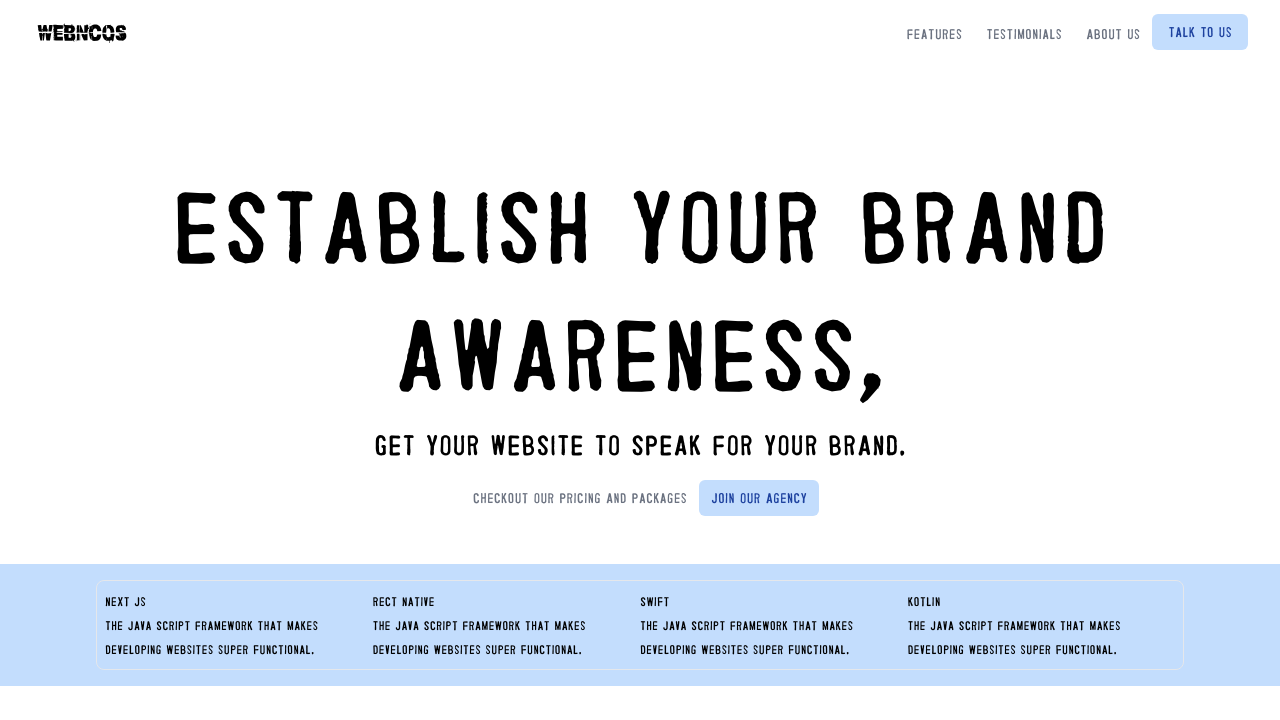
Repository: 1realjulius/webncos
Page: /
The author's editor kept a copy of each file at every save. The page is drawn from the files as they stood at one save, then again after the next save.
The browser window is 1280 px wide. The pictures show the whole page.
The project was rebuilt for these pictures with package versions that can differ from the ones it lists, and the page was loaded fresh each time. The framework's server and built-in components were replaced by stand-ins that run in the browser. Also part of the build but not shown: next.config.js.

Above is the page before, as saved 2022-09-02 06:29:37.

After the next save:
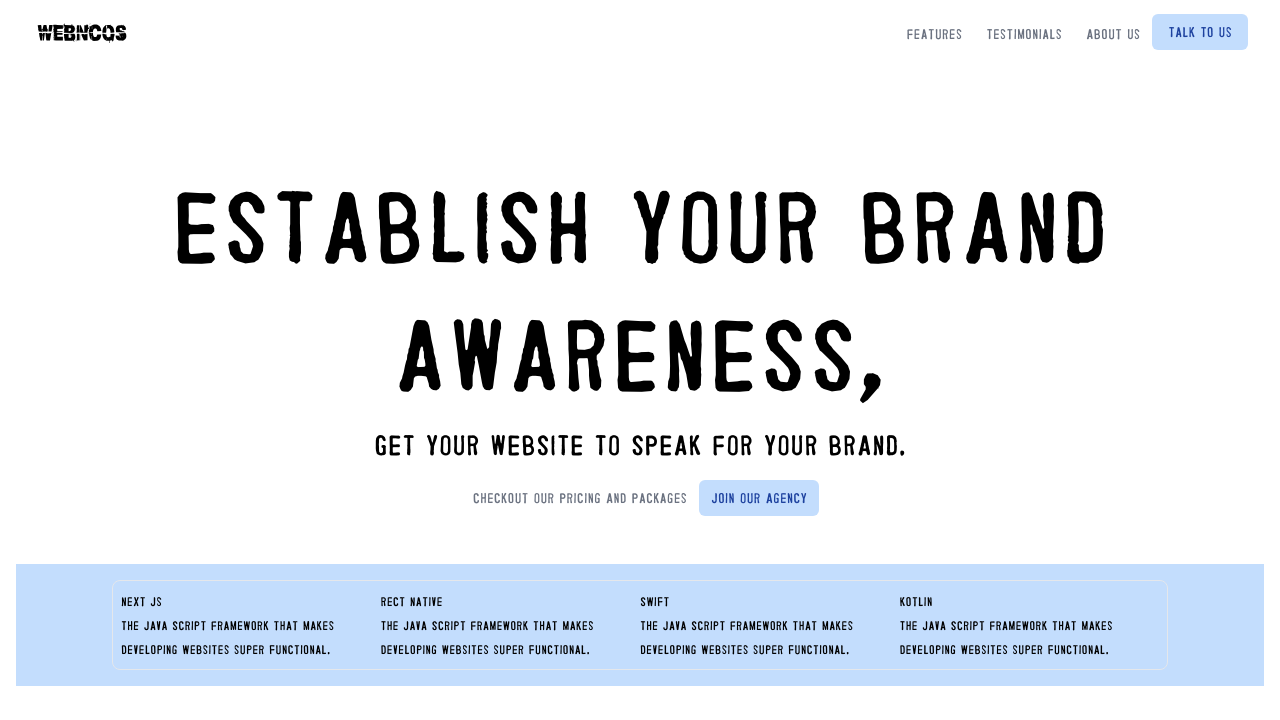
Saved 67 s later.
--- a/components/MainHome.tsx
+++ b/components/MainHome.tsx
@@ -37,7 +37,7 @@ const MainHome = () => {
         </div>
       </div>
       {/* trusted by brands */}
-      <div className="bg-blue-200 p-4 px-24">
+      <div className="bg-blue-200 p-4 mx-4 md:px-24">
         <div className="flex flex-row border borer-gray-300 rounded-lg p-2">
           <div>
             <div>Next Js</div>

After the save that followed:
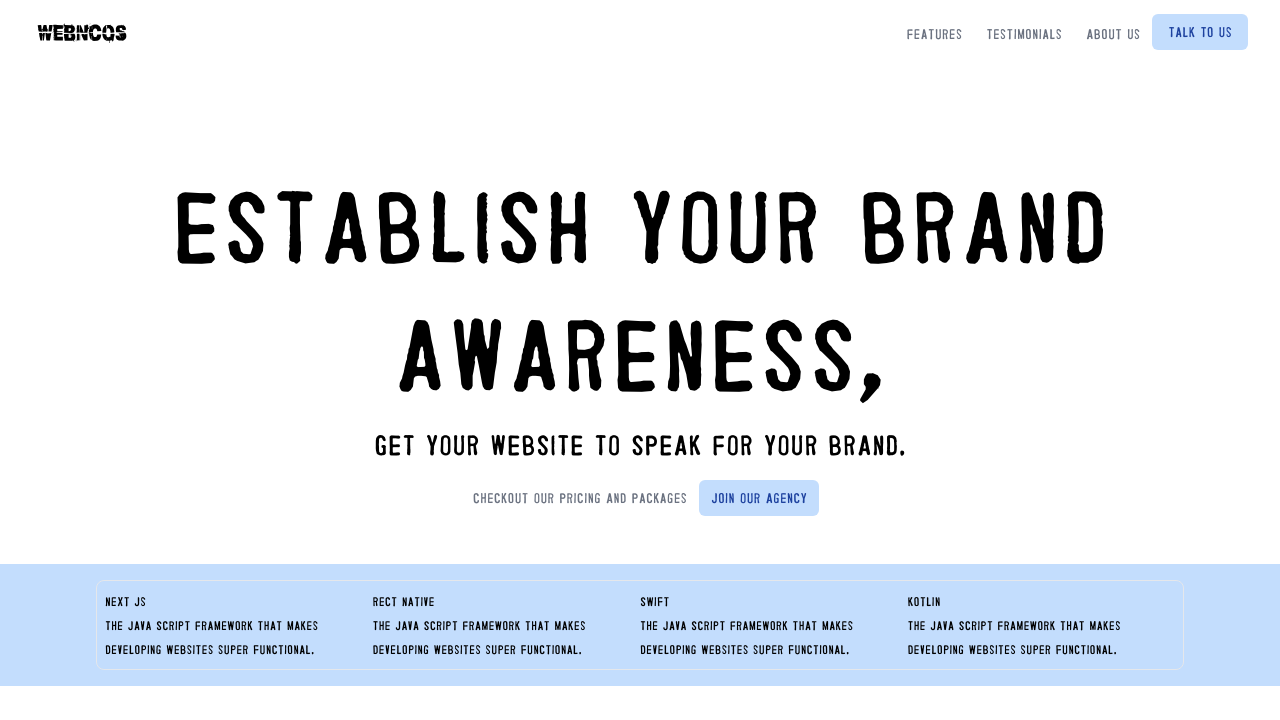
Saved 6 s later.
--- a/components/MainHome.tsx
+++ b/components/MainHome.tsx
@@ -37,7 +37,7 @@ const MainHome = () => {
         </div>
       </div>
       {/* trusted by brands */}
-      <div className="bg-blue-200 p-4 mx-4 md:px-24">
+      <div className="bg-blue-200 p-4 px-4 md:px-24">
         <div className="flex flex-row border borer-gray-300 rounded-lg p-2">
           <div>
             <div>Next Js</div>
